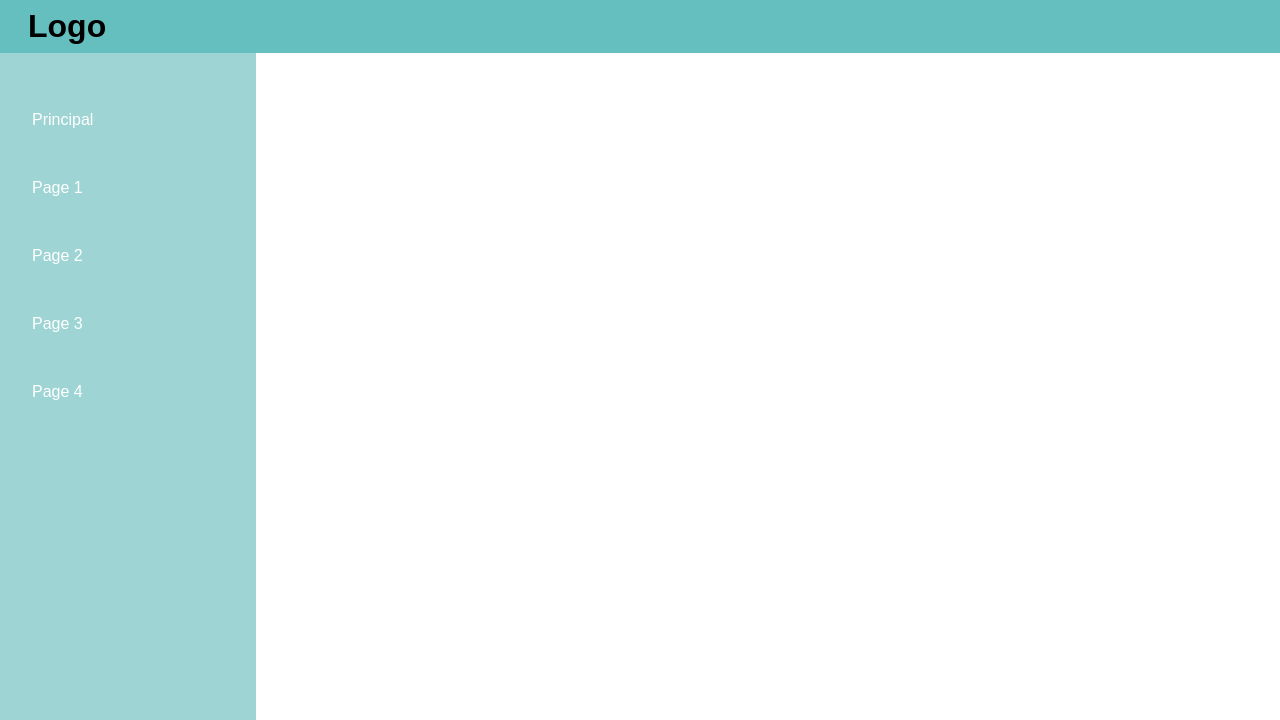
Repository: mateus-henrique-silva/Dashboard-pixel-facebook-react
Page: / (app in dashboard-pixel/)
An editor plug-in stored every save of this project. The page is shown before and after the next save, followed by the edit.
The browser window is 1280 px wide. The pictures show the whole page.
The project was rebuilt for these pictures with package versions that can differ from the ones it lists, and the page was loaded fresh each time.

Above is the page before, as saved 2022-07-07 17:52:40.

After the next save:
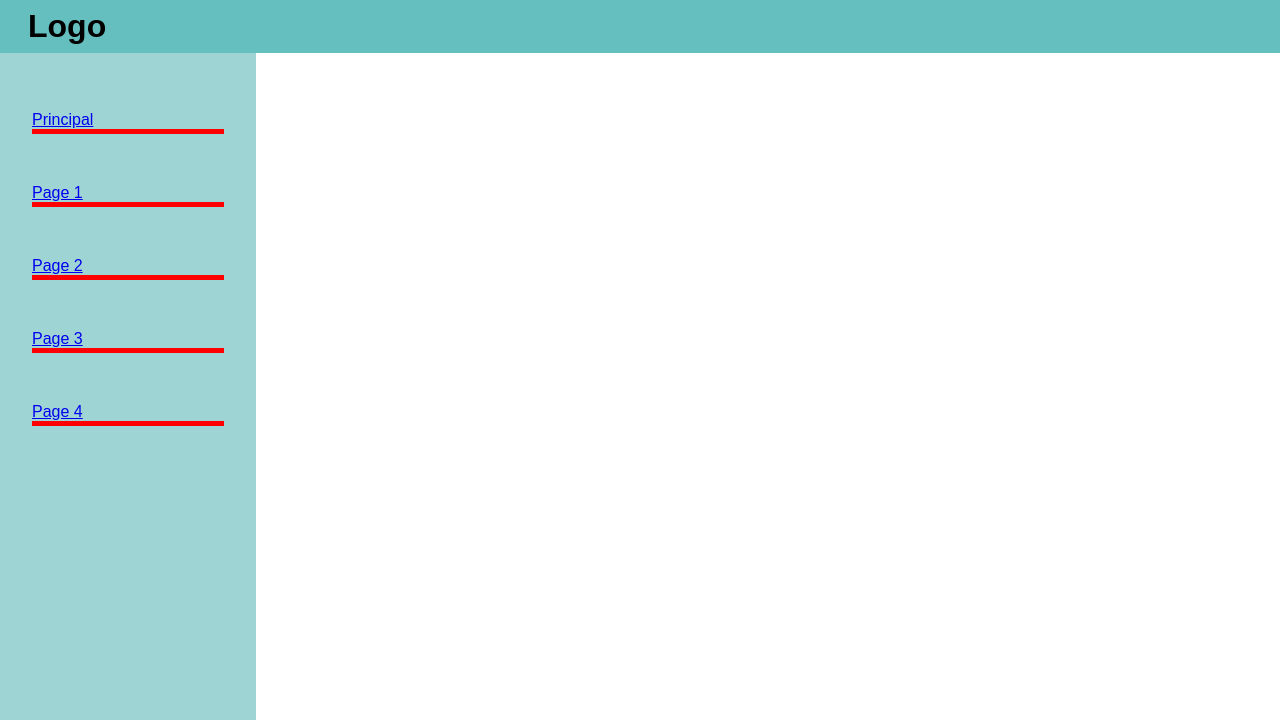
Saved 25 s later.
--- a/dashboard-pixel/src/Components/SideBar/SideBar.css
+++ b/dashboard-pixel/src/Components/SideBar/SideBar.css
@@ -12,8 +12,7 @@
 
 .Menu-tag div {
   margin-top:50px;
-  bot
-}
+  border-bottom: 5px solid red;
 
 .Menu-tag div a {
     text-decoration: none;
